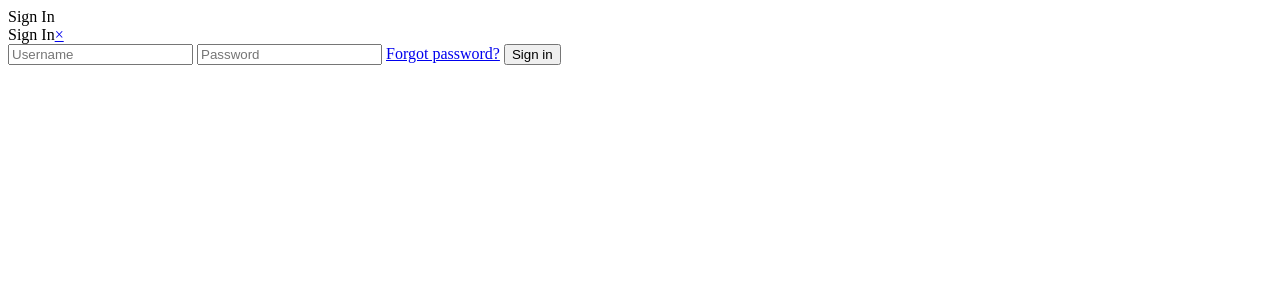
Repository: Mainak-Deb/EmployeeApprisalApp
Page: http://localhost/EmployeeApprisalForm/
These files come from the project's save history. The page is drawn as it stood at one moment and after the next save; the edit follows.
The browser window is 1280 px wide. The pictures show the whole page.
The page is served by Tomcat 9.

Above is the page before, as saved 2023-06-16 05:59:41.

After the next save:
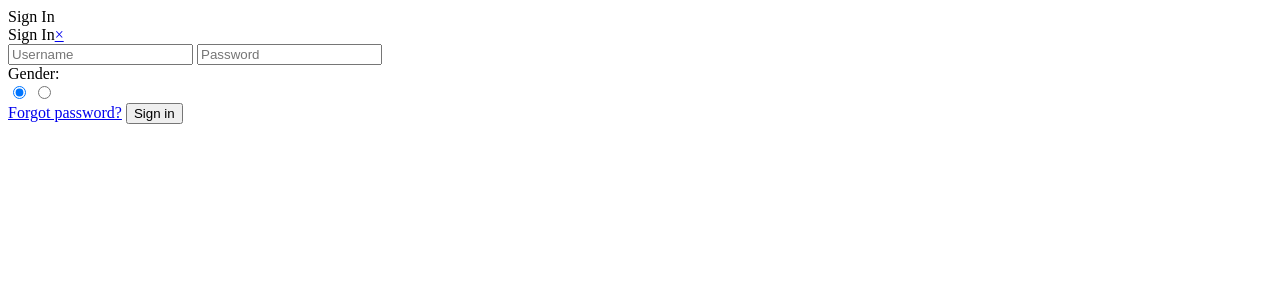
Saved 2 min 6 s later.
--- a/EmployeeApprisalForm/src/main/webapp/WEB-INF/views/index.jsp
+++ b/EmployeeApprisalForm/src/main/webapp/WEB-INF/views/index.jsp
@@ -14,6 +14,12 @@
 	<form>
 		<input id="username" name="username" type="textbox" placeholder="Username" required>
 		<input id="password" name="password" type="password" placeholder="Password" required>
+		<div>
+                        <label for="gender">Gender:</label> <br>
+                        <div class="radio">
+							<input label="Male" type="radio" id="male" name="gender" value="male" checked>
+							<input label="Female" type="radio" id="female" name="gender" value="female">
+						</div>
 		<a id="forgot-link" href="#">Forgot password?</a>
 		<button name="submit" id="submit" type="submit">Sign in</button>
 	</form>
